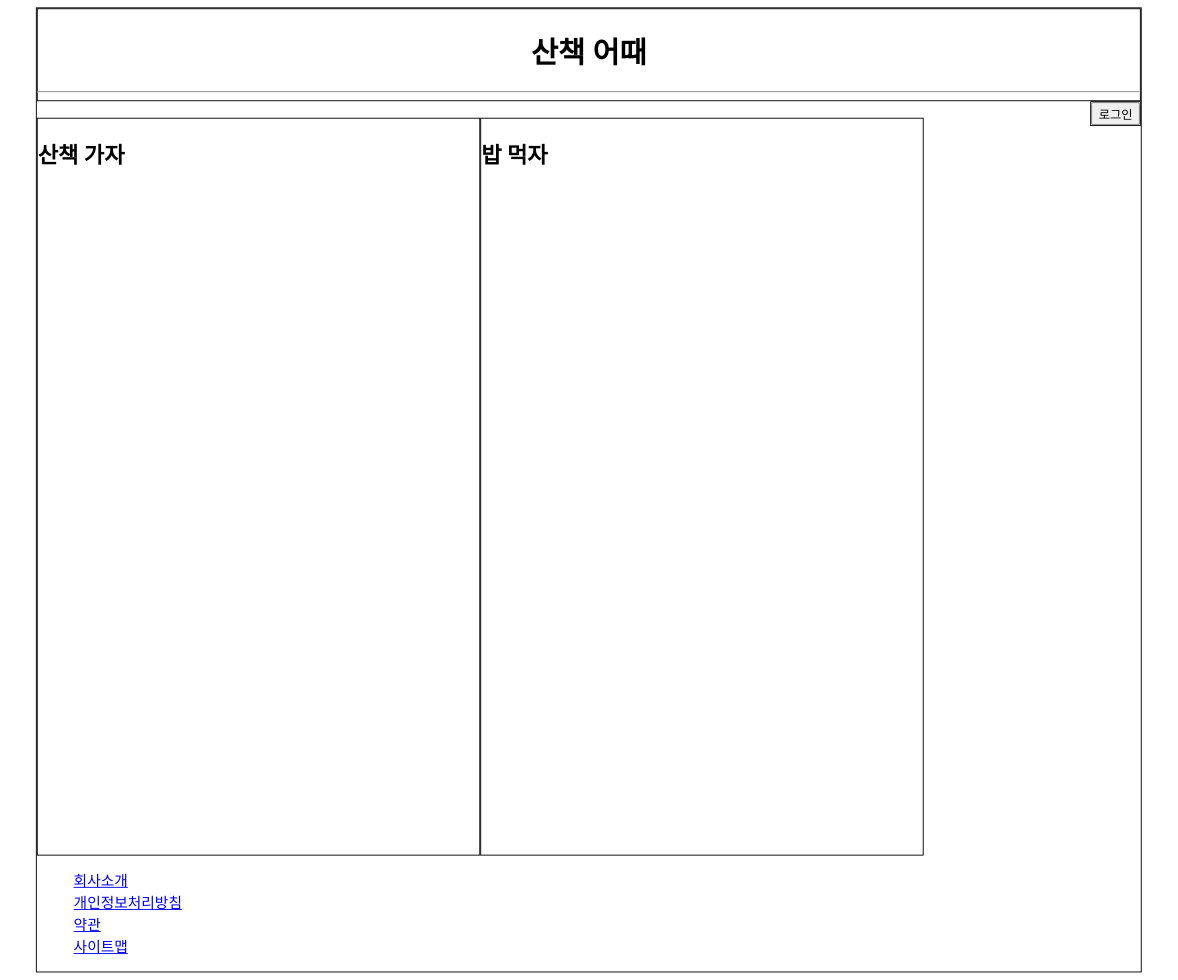
Repository: to-flatwhite1/JSP
Page: http://localhost/JSP/
An editor plug-in stored every save of this project. The page is shown before and after the next save, followed by the edit.
The browser window is 1280 px wide. The pictures show the whole page, at 92% of full size.
The page is served by Tomcat 9.

Above is the page before, as saved 2024-05-17 09:27:07.

### portfolio-master/JSP/src/main/webapp/index.jsp
<%@ page language="java" contentType="text/html; charset=utf-8"
    pageEncoding="utf-8"%>
<!DOCTYPE html>
	<html>
	<head>
		<meta charset="utf-8">
		<title>산책어때</title>
		<style>
		#wrap{
			width:1200px;
			margin:0 auto;
			border:1px solid black;
		}
		#logo{
			text-align:center;
			border:1px solid black;
		}
		#login{
		display:inline-block;
		float:right;
		border:1px solid black;

		}
		#main{
		width:1000px;
		height:800px;}
		#li{
		display:inline-block;
		float:left;
		border:1px solid black;
		}
		.main1{
		width:480px;
		height:800px;
		float:left;
		border:1px solid black;
		}
		.main2{
		width:480px;
		height:800px;
		float:left;
		border:1px solid black;
		}
		</style>
	</head>
	<body>
	<div id=wrap>
		<header>
			<div id="logo">
				<h1>산책 어때</h1>
				<hr>
			</div>
		</header>
		<form method="get" id=login action="next.jsp">
			<input type=submit value="로그인"><!-- submit action을 취할 수 있다. -->
		</form>
		<img src="">
		<div id=main>
		<div class=main1>
		<h2>산책 가자</h2>
		</div>

		<main class="comunity">
		<div class=main2>
		<h2>밥 먹자</h2>
		</div>
		<main class="shopping">
		</div>

		</main>
		<footer>
		<div id="bottomMenu">
		<ul type="none">
			<li><a href="#">회사소개</a></li>
			<li><a href="#">개인정보처리방침</a></li>
			<li><a href="#">약관</a></li>
			<li><a href="#">사이트맵</a></li>
		</ul>
		</div>
		</footer>
	</div>
	</body>
</html>

After the next save:
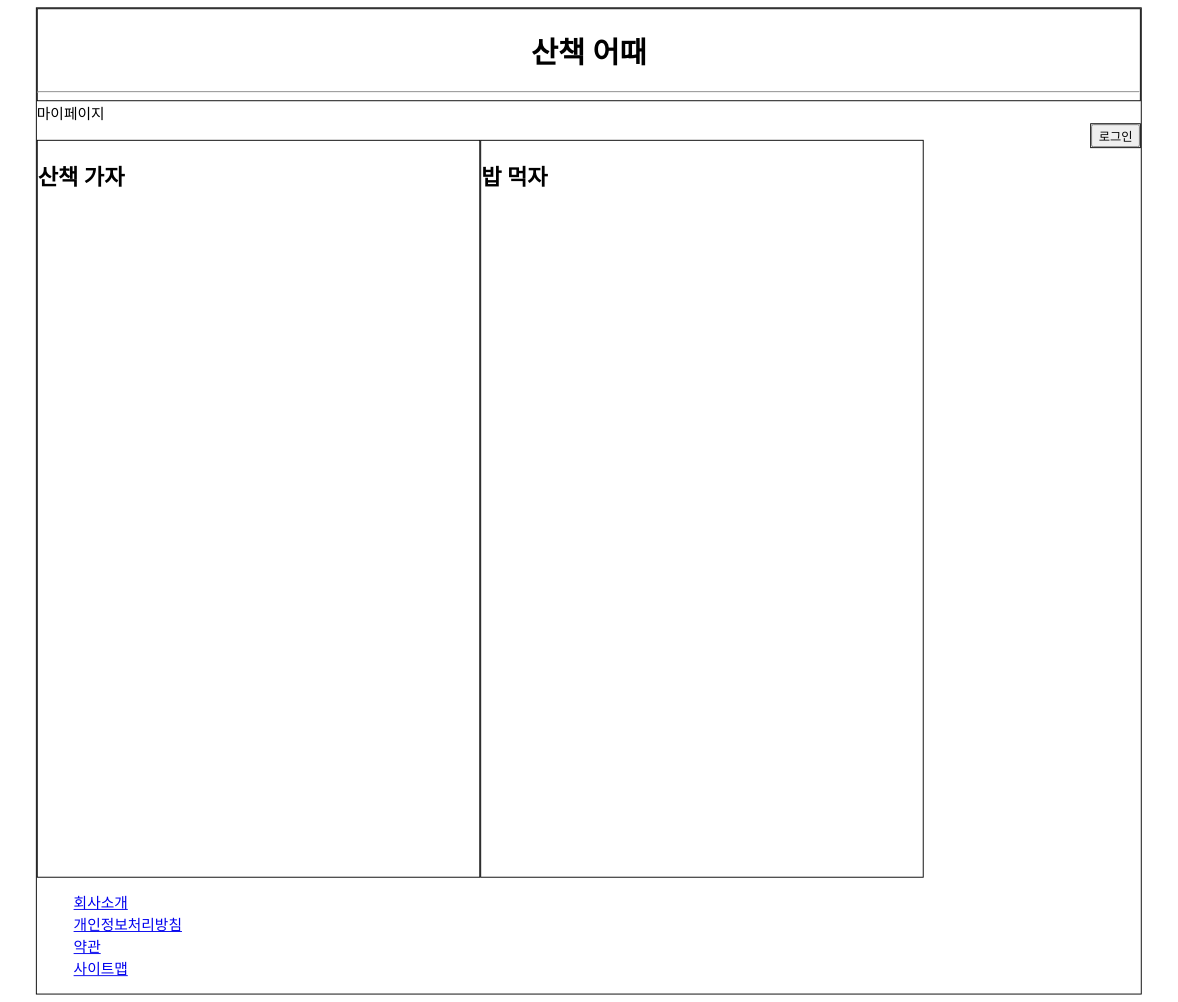
Saved 97 s later.
--- a/portfolio-master/JSP/src/main/webapp/index.jsp
+++ b/portfolio-master/JSP/src/main/webapp/index.jsp
@@ -51,6 +51,7 @@
 				<hr>
 			</div>
 		</header>
+		 <div id="myPage">마이페이지</div>
 		<form method="get" id=login action="next.jsp">
 			<input type=submit value="로그인"><!-- submit action을 취할 수 있다. -->
 		</form>
